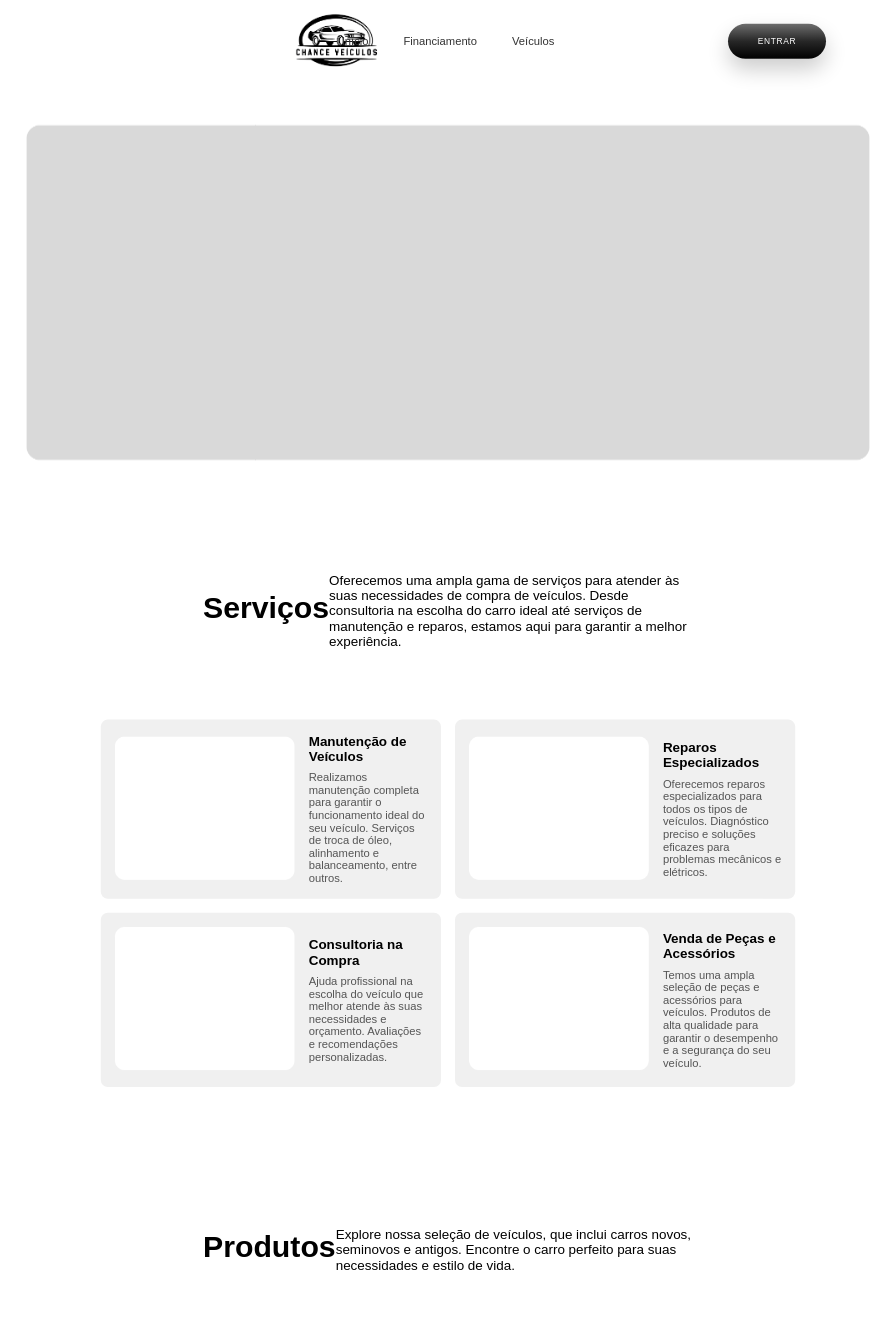
Repository: Matheus904-12/Reforma
Page: index.html
An editor plug-in stored every save of this project. The page is shown before and after the next save, followed by the edit.
The browser window is 1280 px wide. The pictures show the part of the page from y = 0 to 1920 px (the page is 4195 px tall), at 70% of full size.
Some web libraries are served in a nearby version.

Above is the page before, as saved 2024-08-05 20:05:34.
Console error (its wording comes from the project's code and is left out).

After the next save:
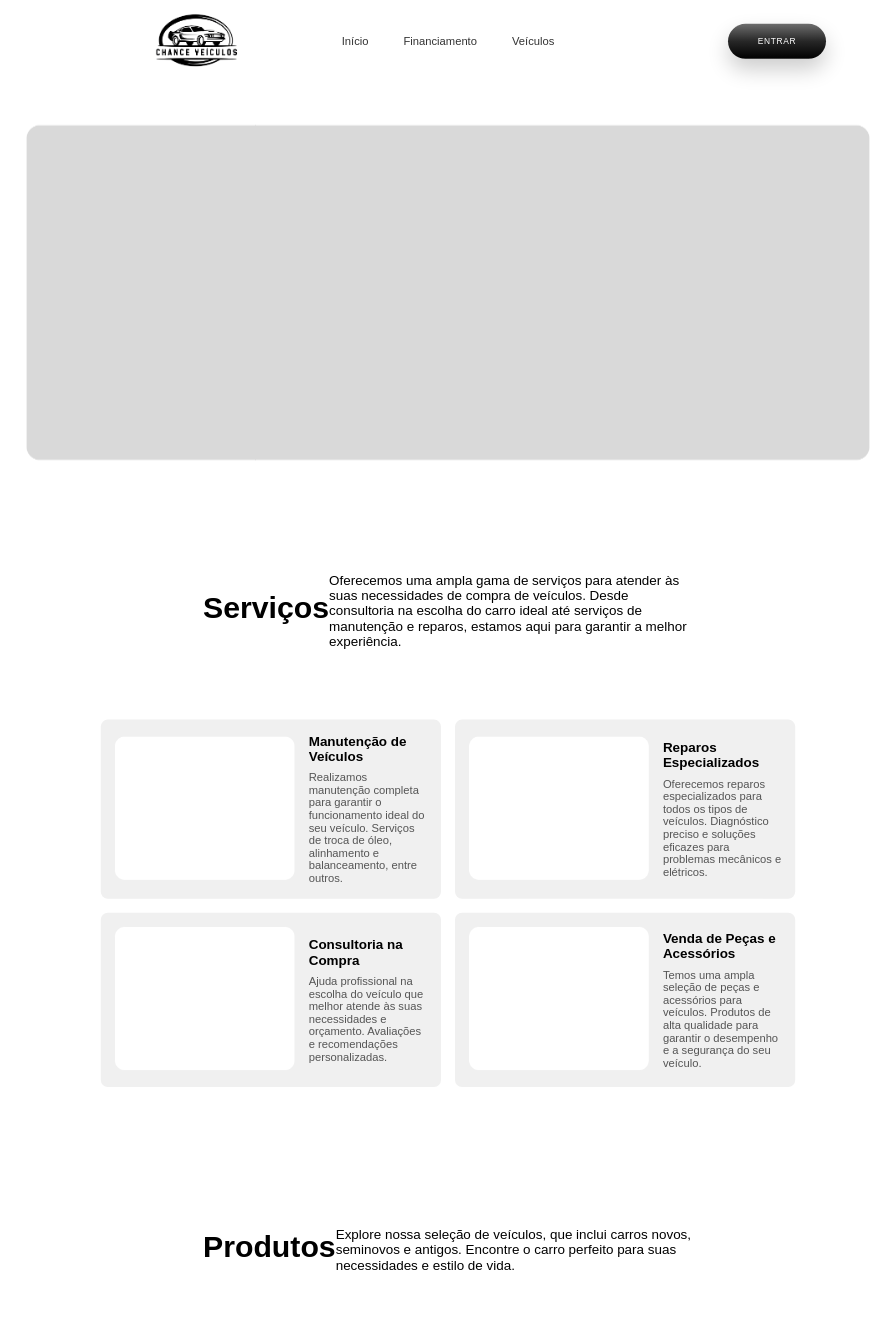
Saved 9 s later.
--- a/styles.css
+++ b/styles.css
@@ -35,7 +35,7 @@ header {
 .logo img {
   transform: scale(0.3); /* Reduz o tamanho para 80% */
   transition: transform 0.3s ease-in-out;
-  margin-left: 100px;
+  margin-left: -100px;
 }
 
 .nav-links {
